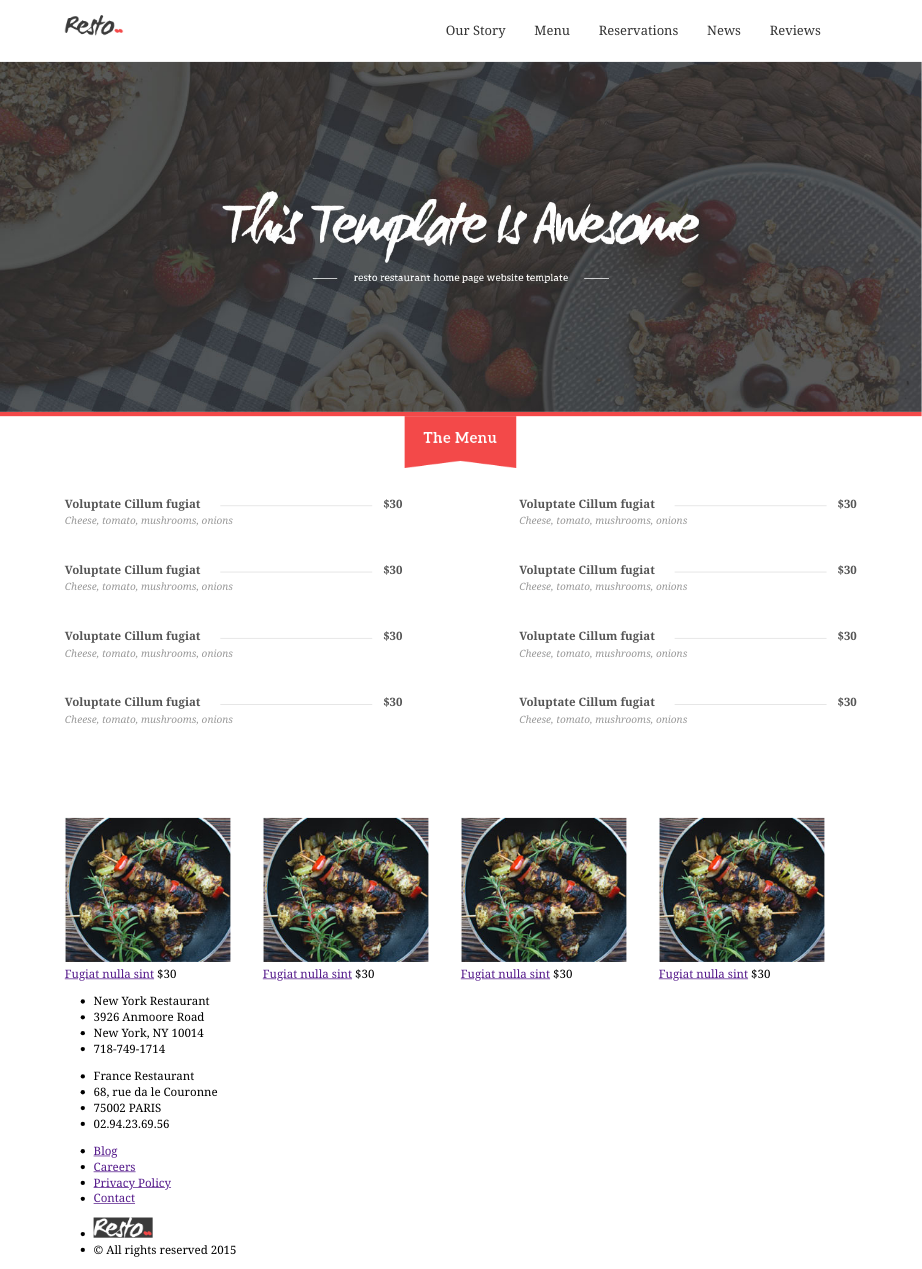
Repository: Piterwk1/psd-to-wordpress
Page: index.html
The author's editor kept a copy of each file at every save. The page is drawn from the files as they stood at one save, then again after the next save.
The browser window is 1280 px wide. The pictures show the whole page, at 72% of full size.

Above is the page before, as saved 2021-09-23 03:38:30.

### index.html
<html lang="en">

<head>
    <meta charset="UTF-8">
    <meta http-equiv="X-UA-Compatible" content="IE=edge">
    <meta name="viewport" content="width=device-width, initial-scale=1.0">
    <title>Resto</title>
    <link rel="stylesheet" href="style.css">
</head>

<body>

    <header>
        <div class="wrapper" id="headerWrapper">
            <h1 class="logo">Rest</h1>
            <nav>
                <h2>Main Navigation</h2>
                <ul>
                    <li><a href="">Our Story</a></li>
                    <li><a href="">Menu</a></li>
                    <li><a href="">Reservations</a></li>
                    <li><a href="">News</a></li>
                    <li><a href="">Reviews</a></li>
                </ul>
            </nav>
        </div>
    </header>

    <!-- start homepage content -->

    <div id="main-banner">
        <img src="images/banner.jpg" alt="Welcome to Resto">
    </div>

    <div class="wrapper">
        <section id="home-menu">
            <h2>Menu</h2>
            <ul>
                <li>
                    <span class="dish">Voluptate Cillum fugiat</span>
                    <span class="price">$30</span>
                    <span class="description">Cheese, tomato, mushrooms, onions</span>
                </li>
                <li>
                    <span class="dish">Voluptate Cillum fugiat</span>
                    <span class="price">$30</span>
                    <span class="description">Cheese, tomato, mushrooms, onions</span>
                </li>
                <li>
                    <span class="dish">Voluptate Cillum fugiat</span>
                    <span class="price">$30</span>
                    <span class="description">Cheese, tomato, mushrooms, onions</span>
                </li>
                <li>
                    <span class="dish">Voluptate Cillum fugiat</span>
                    <span class="price">$30</span>
                    <span class="description">Cheese, tomato, mushrooms, onions</span>
                </li>
                <li>
                    <span class="dish">Voluptate Cillum fugiat</span>
                    <span class="price">$30</span>
                    <span class="description">Cheese, tomato, mushrooms, onions</span>
                </li>
                <li>
                    <span class="dish">Voluptate Cillum fugiat</span>
                    <span class="price">$30</span>
                    <span class="description">Cheese, tomato, mushrooms, onions</span>
                </li>
                <li>
                    <span class="dish">Voluptate Cillum fugiat</span>
                    <span class="price">$30</span>
                    <span class="description">Cheese, tomato, mushrooms, onions</span>
                </li>
                <li>
                    <span class="dish">Voluptate Cillum fugiat</span>
                    <span class="price">$30</span>
                    <span class="description">Cheese, tomato, mushrooms, onions</span>
                </li>
            </ul>
        </section>

        <section id="featured">
            <ul>
                <li>
                    <img src="images/thumb-1.jpg">
                    <a href="">Fugiat nulla sint</a>
                    <span>$30</span>
                    <span class="rating"></span>
                </li>
                <li>
                    <img src="images/thumb-1.jpg">
                    <a href="">Fugiat nulla sint</a>
                    <span>$30</span>
                    <span class="rating"></span>
                </li>
                <li>
                    <img src="images/thumb-1.jpg">
                    <a href="">Fugiat nulla sint</a>
                    <span>$30</span>
                    <span class="rating"></span>
                </li>
                <li>
                    <img src="images/thumb-1.jpg">
                    <a href="">Fugiat nulla sint</a>
                    <span>$30</span>
                    <span class="rating"></span>
                </li>
            </ul>
        </section>
    </div>

    <!-- end homepage content -->

    <footer>
        <div class="wrapper">
            <ul>
                <li>New York Restaurant</li>
                <li>3926 Anmoore Road</li>
                <li>New York, NY 10014</li>
                <li>718-749-1714</li>
            </ul>
            <ul>
                <li>France Restaurant</li>
                <li>68, rue da le Couronne</li>
                <li>75002 PARIS</li>
                <li>02.94.23.69.56</li>
            </ul>
            <ul>
                <li><a href="">Blog</a></li>
                <li><a href="">Careers</a></li>
                <li><a href="">Privacy Policy</a></li>
                <li><a href="">Contact</a></li>
            </ul>
            <ul>
                <li><img src="images/white-logo.png" alt="logo"></li>
                <li>&copy; All rights reserved 2015</li>

            </ul>
        </div>
    </footer>
</body>

</html>

### style.css
body {
    font-family: Georgia, 'Times New Roman', Times, serif;
    margin: 0;
}

.wrapper {
    width: 100%;
    /* max-width: 960px; */
    max-width: 1100px;
    padding: 0 10px;
    margin:  0 auto;
}

h1.logo {
    background-image: url(images/logo.png);
    background-repeat: no-repeat;
    width: 100px;
    text-indent: -10000px;
}

#headerWrapper {
    display: flex;
    justify-content: space-between;
    width: 100%;
}

nav {

  margin-right: 10px;

}

#headerWrapper nav h2 {
    text-indent: -100000px;
    height: 0;
    margin: 0;
}

#headerWrapper nav ul {
   display: flex;
   justify-content: space-evenly;
   list-style-type:  none;
   margin: 10px 20px;
}
#headerWrapper nav li {

   margin: 20px 20px;
}
#headerWrapper nav li a{
   text-decoration: none;
   color: #333;
   font-size: 18px;
}
#headerWrapper nav li a:hover{
   color: blue;
}

#main-banner, #main-banner img{
    width: 100%;
}

#main-banner img {
    border-bottom: 6px solid #f34949;
}

#home-menu h2 {
    background-image: url(images/menu-head.png);
    background-repeat: no-repeat;
    width: 156px;
    height: 74px;
    text-indent: -10000px;
    margin: 0 auto;
}

#home-menu ul {
    display: flex;
    flex-wrap: wrap;
    justify-content: space-between;
   padding: 0;
   list-style: none;
}
#home-menu li {
    display: flex;
    flex-wrap: wrap;
   margin: 20px 0 20px 0;
   justify-content: space-between;
}

.dish{
    position: relative;
    z-index: 1;
    background: #fff;
    padding-right: 5px;
    width: 45%;
    color: #555;
    font-weight: bold;
}

.price {
    position: relative;
    z-index: 1;
    background: #fff;
    padding-left: 15px;
    color: #555;
    font-weight: bold;
}

.description {
    width: 100%;
    color: #999;
    font-style: italic;
    font-size: 14px;
    padding-top: 10px;
    border-top: 1px solid #ddd;
    position: relative;
    top: -8px;
}

#featured {
    margin-top: 100px;
}
#featured ul {
    display: flex;
    justify-content: space-evenly;
    padding: 0;
}
#featured li {
    list-style: none;
}

After the next save:
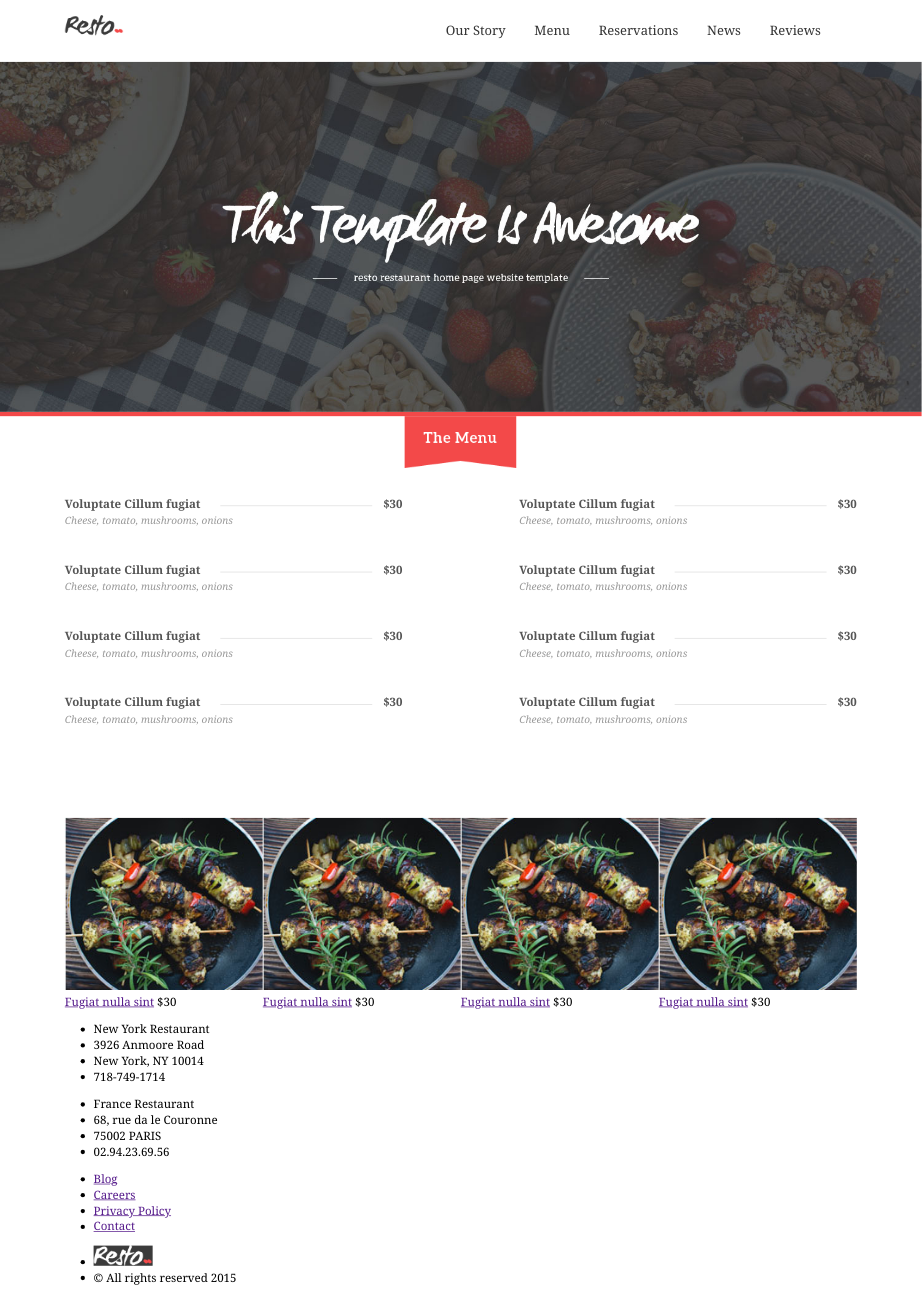
Saved 106 s later.
--- a/style.css
+++ b/style.css
@@ -124,6 +124,11 @@ nav {
     justify-content: space-evenly;
     padding: 0;
 }
+
 #featured li {
     list-style: none;
 }
+
+#featured li img{
+    width: 100%;
+}
